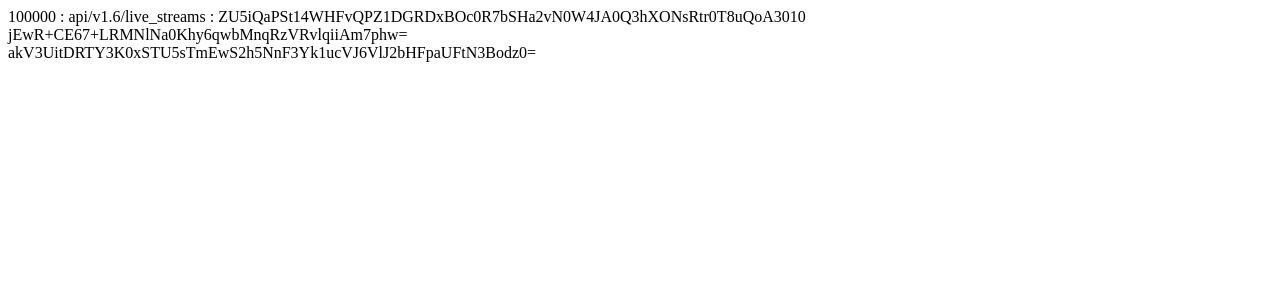
Repository: junhyeongShin/comunity_app
Page: http://localhost/Broadcast/curl copy.php
The author's editor kept a copy of each file at every save. The page is drawn from the files as they stood at one save, then again after the next save.
The browser window is 1280 px wide. The pictures show the whole page.
The page is run by PHP 8.4 with error messages shown; the project is at /var/www/html/.

Above is the page before, as saved 2021-05-28 13:41:37.

After the next save:
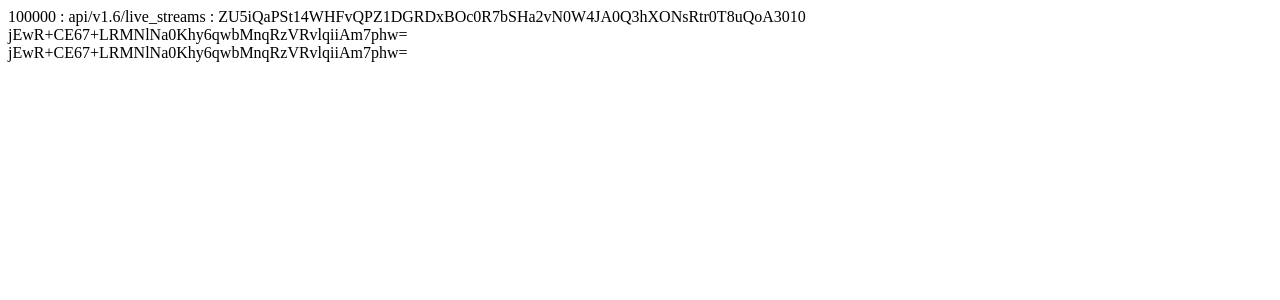
Saved 28 s later.
--- a/Broadcast/curl copy.php
+++ b/Broadcast/curl copy.php
@@ -12,7 +12,7 @@ $hash_key = base64_encode(hash_hmac('sha256',$hmacData,$wscApiKey,true));
 echo $hash_key;
 echo '<br>';
 
-$hex = base64_encode($hash_key);
+$hex = ($hash_key);
 
 echo $hex;
 
